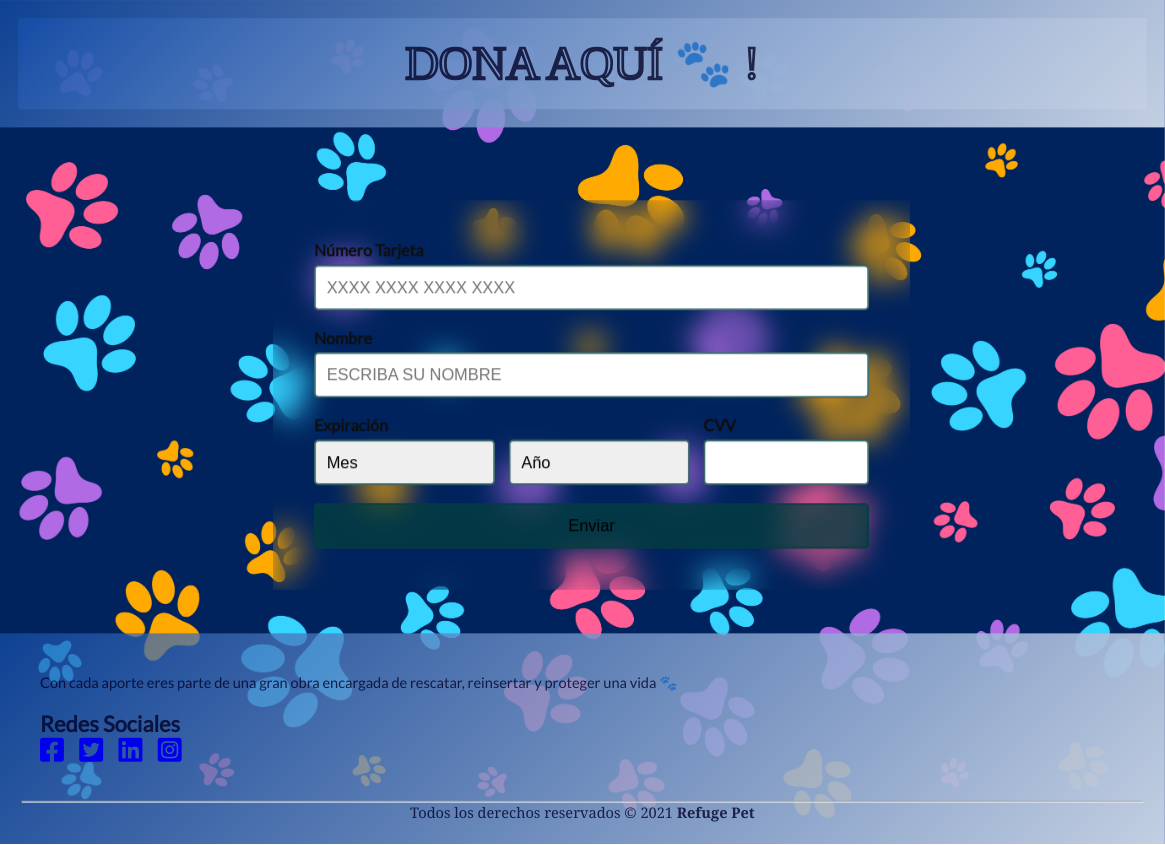
Repository: andreasvidal/SCL019-card-validation
Page: src/views/cardvalidation.html
An editor plug-in stored every save of this project. The page is shown before and after the next save, followed by the edit.
The browser window is 1280 px wide. The pictures show the whole page, at 91% of full size.
Some web fonts or font styles are not loaded; a fallback is used. Some web libraries are served in a nearby version.

Above is the page before, as saved 2022-04-13 10:16:37.

After the next save:
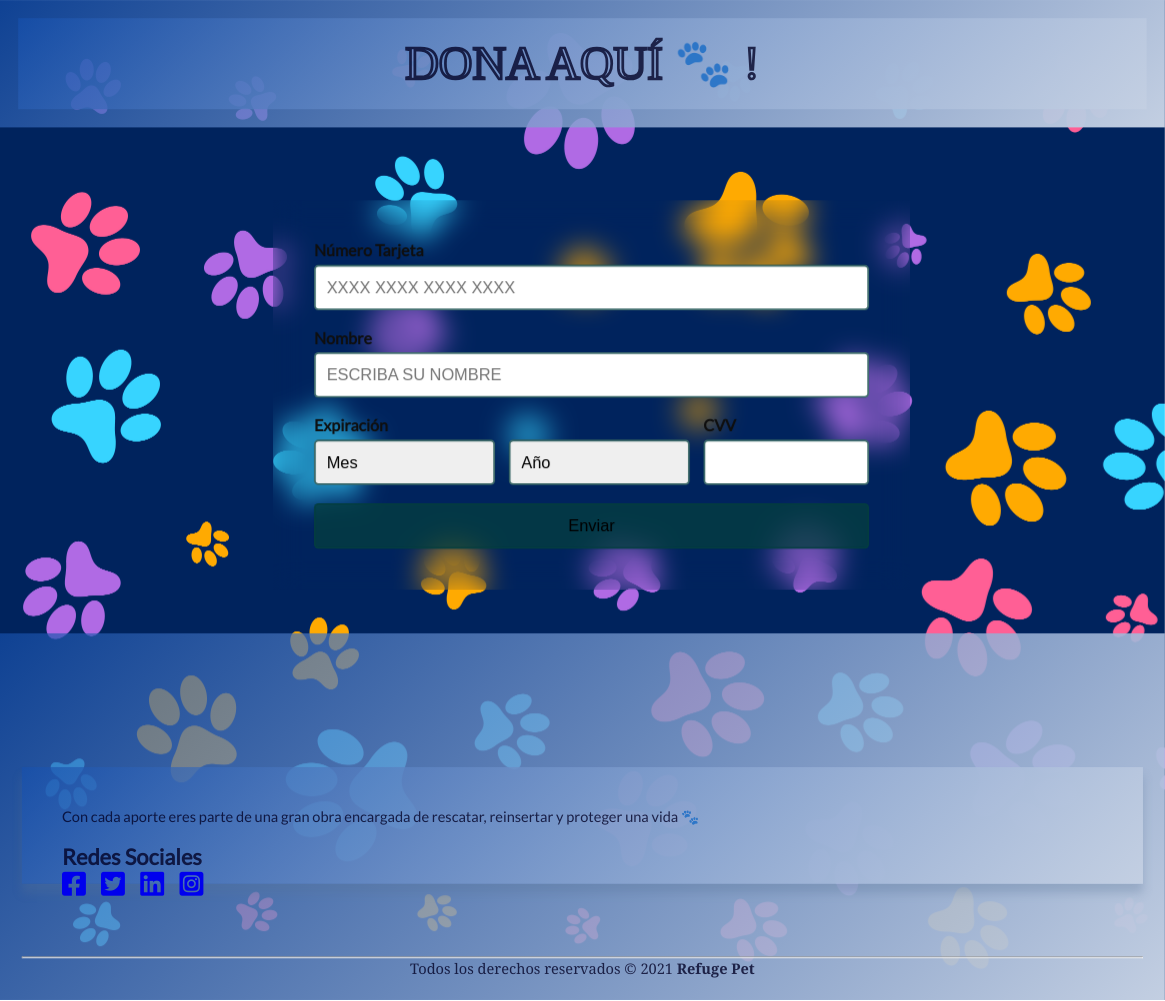
Saved 111 s later.
--- a/src/css/formstyle.css
+++ b/src/css/formstyle.css
@@ -115,7 +115,8 @@ body {
     margin-bottom: 50px;
 }
 
-footer {
+footer,
+.container__footer {
     width: 100%;
     padding: 1.5rem;
     margin-top: 10%;
